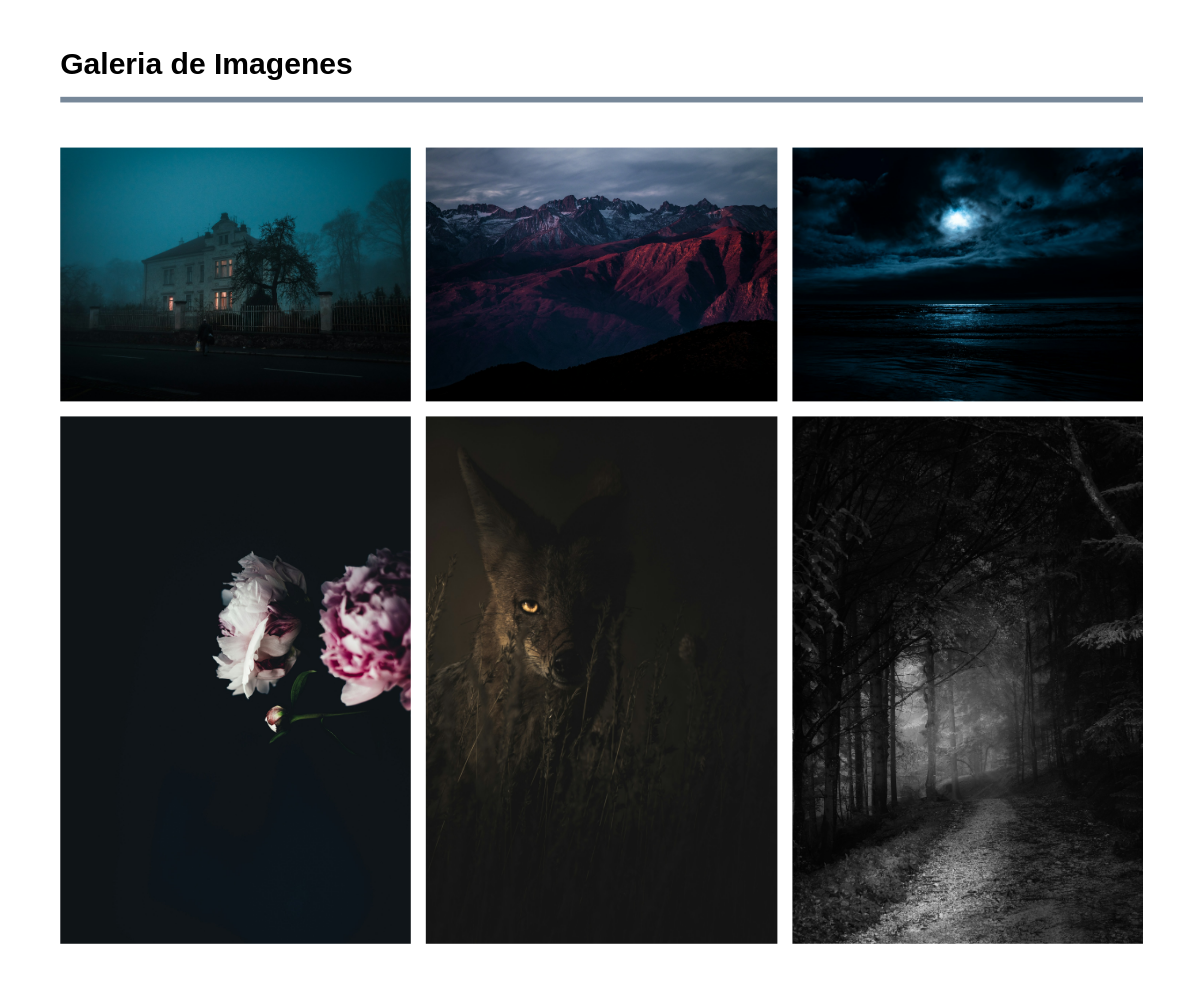
Repository: DamianBermudez94/curso-css3
Page: galeriaImagenes/index.html
These files come from the project's save history. The page is drawn as it stood at one moment and after the next save; the edit follows.
The browser window is 1280 px wide. The pictures show the whole page, at 94% of full size.

Above is the page before, as saved 2024-06-21 19:02:13.

### galeriaImagenes/index.html
<!DOCTYPE html>
<html lang="es">
<head>
    <meta charset="UTF-8" />
    <meta name="viewport" content="width=device-width, initial-scale=1.0" />
    <link rel="preconnect" href="https://fonts.googleapis.com" />
    <link rel="preconnect" href="https://fonts.gstatic.com" crossorigin />
    <link
      rel="preload"
      href="https://fonts.googleapis.com/css2?family=Roboto:ital,wght@0,100;0,300;0,400;0,500;0,700;0,900;1,100;1,300;1,400;1,500;1,700;1,900&display=swap"
      rel="stylesheet"
    />
    <link rel="stylesheet" href="estilos.css" />
    <title>Galeria Imagenes</title>
</head>
<body>

    <div class="container-img">
        <h1>Galeria de Imagenes</h1>
        <section class="gallery">
            <a href="#showImg1" class="picture">
                <img src="/img/image1.jpg" alt="">
            </a>
            <a href="#showImg2" class="picture">
                <img src="/img/image2.jpg" alt="">
            </a>
            <a href="#showImg3" class="picture">
                <img src="/img/image3.jpg" alt="">
            </a>
            <a href="#showImg4" class="picture">
                <img src="/img/image4.jpg" alt="">
            </a>
            <a href="#showImg5" class="picture">
                <img src="/img/image5.jpg" alt="">
            </a>
            <a href="#showImg6" class="picture">
                <img src="/img/image6.jpg" alt="">
            </a>
        </section>

    </div>

    <section class="show show--1" id="showImage1">
        <div class="show__container">
            <a href="#" class="show__close">X</a>
        </div>
    </section>
    <section class="show show--2" id="showImage1">
        <div class="show__container">
            <a href="#" class="show__close">X</a>
        </div>
    </section>
    <section class="show show--3" id="showImage3">
        <div class="show__container">
            <a href="#" class="show__close">X</a>
        </div>
    </section>
    <section class="show show--4" id="showImage4">
        <div class="show__container">
            <a href="#" class="show__close">X</a>
        </div>
    </section>
    <section class="show show--5" id="showImage5">
        <div class="show__container">
            <a href="#" class="show__close">X</a>
        </div>
    </section>
    <section class="show show--6" id="showImage6">
        <div class="show__container">
            <a href="#" class="show__close">X</a>
        </div>
    </section>
</body>
</html>

### galeriaImagenes/estilos.css
:root {
  --image-url: url(img/image1.jpg);
}

* {
  box-sizing: border-box;
  padding: 0;
  margin: 0;
}

body {
  font-family: Arial, Helvetica, sans-serif;
}
h1 {
  font-size: 2em;
  border-bottom: 6px solid lightslategray;
  padding-bottom: 0.5em;
  margin-bottom: 1.5em;
}

.container-img {
  width: 90%;
  max-width: 1200px;
  margin: 0 auto;
  padding: 50px 0;
  overflow: hidden;
}
.gallery {
  display: grid;
  grid-template-columns: repeat(auto-fit, minmax(300px, 1fr));
  grid-template-rows: 270px;
  gap: 1em;
}
.picture {
  width: 100%;
  height: 100%;
}

.picture img {
  width: 100%;
  height: 100%;
  object-fit: cover;
  display: block;
}
.show {
  width: 100%;
  height: 100%;
  background-color: rgba(0, 0, 0, 0.404);
  position: fixed;
  top: 0;
  left: 0;
  transform: scale(0);
  transition: 0.3s transform ease;
}

.show:target {
  transform: scale(1);
}

.show__image {
  width: 90%;
  height: 90%;
  background-image: url("/img/image1.jpg");
  background-position: center;
  background-attachment: fixed;
  background-size: cover;
  margin: 0 auto;
  position: relative;
}

.show__close {
  display: block;
  position: absolute;
  top: 0;
  right: 0;
  background-color: red;
  width: 30px;
  height: 30px;
  text-align: center;
  line-height: 30px;
  text-decoration: none;
  color: #ffff;
}

After the next save:
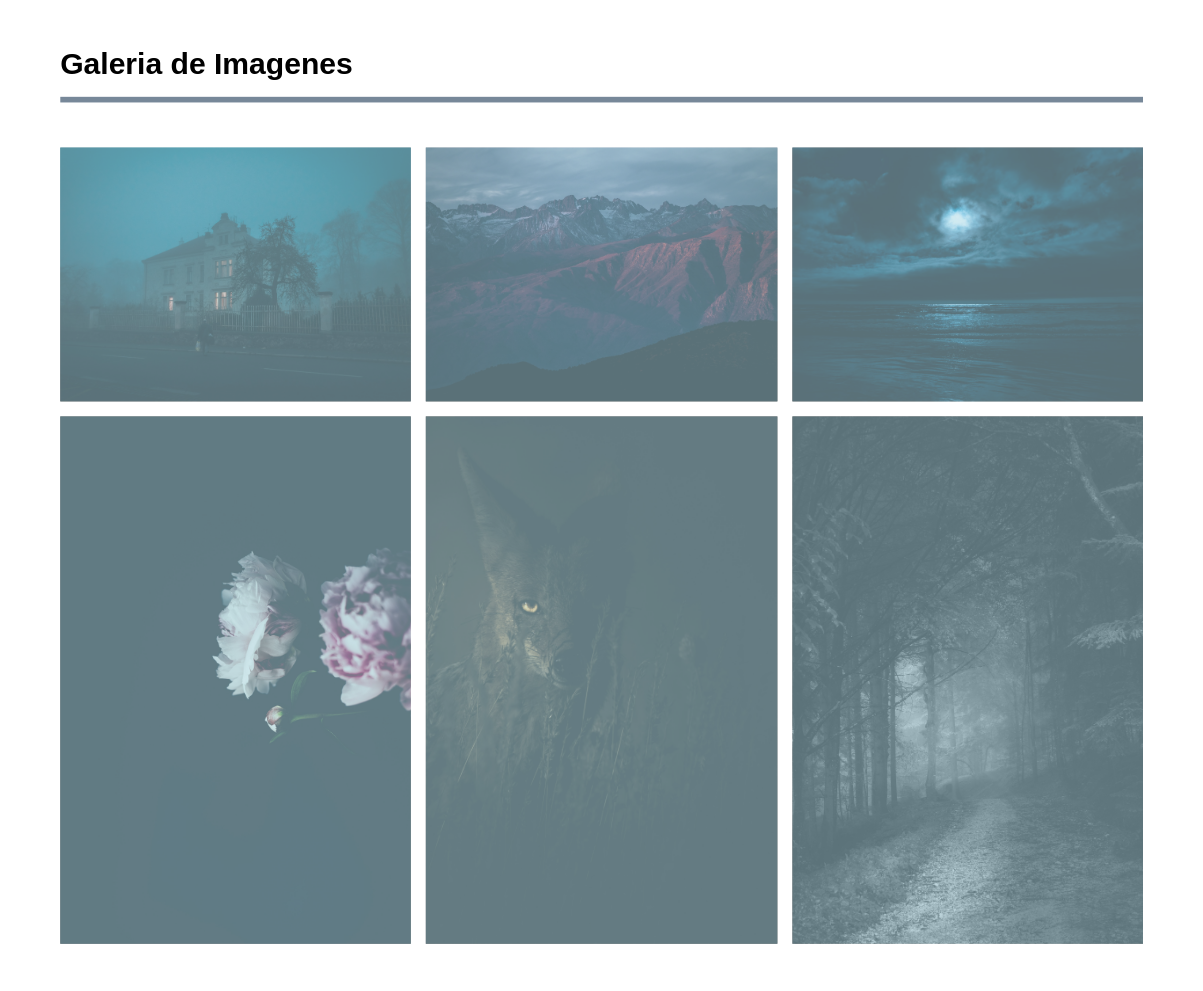
Saved 71 s later.
--- a/galeriaImagenes/estilos.css
+++ b/galeriaImagenes/estilos.css
@@ -34,6 +34,18 @@
 .picture {
   width: 100%;
   height: 100%;
+  position: relative;
+}
+.picture::before{
+    content: "";
+    display: block;
+    position: absolute;
+    top: 0;
+    left: 0;
+    width: 100%;
+    height: 100%;
+    background-color: rgba(173, 216, 230, 0.521);
+
 }
 
 .picture img {
